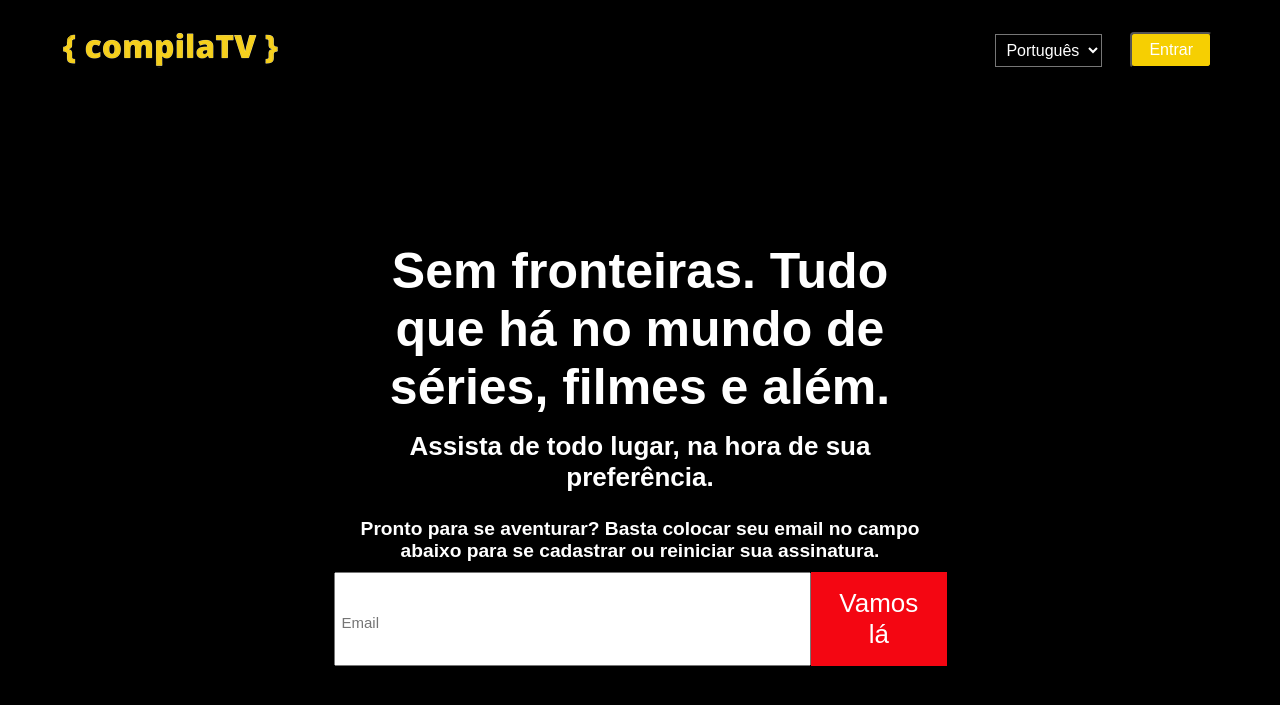
Repository: Wo1verine45/tcclets
Page: /
The author's editor kept a copy of each file at every save. The page is drawn from the files as they stood at one save, then again after the next save.
The browser window is 1280 px wide. The pictures show the whole page.
The project was rebuilt for these pictures with package versions that can differ from the ones it lists, and the page was loaded fresh each time. Also part of the build but not shown: src/pages/Main/homescreen.css, src/components/Input/index.js, src/pages/Login/Login.js.

Above is the page before, as saved 2021-10-22 18:23:31.

### public/index.html
<!DOCTYPE html>
<html lang="en">

<head>
  <meta charset="utf-8" />
  <link rel="icon" href="%PUBLIC_URL%/favicon.ico" />
  <meta name="viewport" content="width=device-width, initial-scale=1" />
  <meta name="theme-color" content="#000000" />
  <meta name="description" content="Web site created using create-react-app" />
  <link rel="stylesheet" href="https://cdnjs.cloudflare.com/ajax/libs/font-awesome/6.0.0-beta2/css/all.min.css">
  <title>compilaFLIX</title>
</head>

<body>
  <noscript>You need to enable JavaScript to run this app.</noscript>
  <div id="root"></div>
</body>

</html>

### src/App.js
import React, { useState } from 'react';
import './App.css'
import { TranslateContext } from './contexts';
import { translateHelper } from './helpers/translate';
import { BrowserRouter as Router } from 'react-router-dom'
import Routes from './routes/routes';

function App () {

  const [language, setLanguage] = useState('portuguese')

  function translate(textId) {
    return translateHelper(textId, language)
  }

  return (
    <div className="page">
      <Router>
        <TranslateContext.Provider value={{language, setLanguage, translate}}>
          <Routes />
        </TranslateContext.Provider>
      </Router>
    </div>
  )
}


/*
commit1: adicionei o Title component, que recebe children e diferentes tamanhos como props, para múltiplos usos ao longo do projeto, primeiro
componente da pasta homeScreen que já padronizei o seu css. Também adicionei o App.css para mudar o background-color do site. (Pedro)
-----
commit2: adicionei o Button component, que recebe children e dois diferentes tamanhos, segundo componente da pasta homeScreen que já padronizei o
seu css. (Pedro)
-----
commit3: adicionei o DropdownMenu component, que recebe id que vai ser usado como id e name, recebe o initialValue que é o valor padrão, recebe
options que é uma lista com objetos dentro, cada objeto tem label e value que são o children e o valor respectivamente, por último recebe o
setLanguage, a função pra mudar o estado. Para adicionar mais línguas é só adicionar mais objetos na lista options. Junto com esse component que
usei para o cliente selecionar a língua, tem a função translate que serve para traduzir cada parte do site, que tem que adicionar a tradução para
cada coisa nova colocada no site
*/

{/*
  const [movieList, setMovieList] = useState([]);

  useEffect (() => {
    const LoadList = async () => {
      //Pegando toda a lista
      let list = await InfoBase.getHomeList();
      setMovieList(list);
    }

    LoadList();
  }, [])
  */}

{//<section className="lists">
        //{/*O Map ira iterar sobre a lista, criando um loop e fazendo sempre que houver informações*/}
        //{movieList.map((item, key) => (

          /* O Componente Movie ira receber duas props, o title, e o items, que e a requisição com o await*/
          //<Movies key={key} title={item.title} items={item.items}/>
        //))}
      //</section>
      //<Header />
      //<footer>
        //Aqui vai as informações referente ao projeto
      //</footer>
    //</div>
  //);
}
{/*<DropdownMenu id='language' initialValue={language} options={[
        {
          label: 'Português',
          value: 'portuguese'
        },
        {
          label: 'English',
          value: 'english'
        }
      ]} setLanguage={setLanguage}/>
      <Title size={1}>{translate('welcome_message')}</Title>
    </div>
    )*/}
{/*
    <Input size={1} type='email' id='email' placeholder='Email'/>
    <Input size={2} type='text' id='name' placeholder='Name'/>
    <Input size={3} type='password' id='password' placeholder='Password'/>
    <Button onClick={null} size={1}>Vamos lá</Button>
    */}

export default App;

### src/App.css
@import url('https://fonts.googleapis.com/css2?family=Roboto:wght@400;700&display=swap');
* {
    box-sizing: border-box;
}

body {
    background: #000;
    color: #fff;
    font-family:'Roboto', sans-serif;
}

.HomeScreenHeader{
    display: flex;
    width: 100%;
}

.Head{
    display: flex;
    flex-direction: row-reverse;
    width: 100%;
    align-items: center;
    margin-right: 60px;
    margin-top: 20px;
    margin-bottom: 20px;
}

.Logo{
    margin-top: 20px;
    margin-bottom: 20px;
}

.HomeScreenMain{
    display: flex;
    flex-direction: column;
    align-items: center;
    text-align: center;
    margin-right: 350px;
    margin-left: 350px;
    margin-top: 150px;
}

.Login-box{
    margin-top: 40px;
    margin-left: 525px;
    margin-right: 546px;
    padding: 0px;
    background-color: #141414;
}

.show_button{
    /*cima, direita, baixo, esquerda*/
    margin: 0px 0px 25px 66px;
    cursor: pointer;
}

.first_time{
    margin-left: 66px;
    padding-bottom: 100px;
}

mark{
    background-color: #141414;
    color: blue;
}

### src/contexts/index.js
import { createContext } from "react";

export const TranslateContext = createContext()

### src/helpers/translate.js
export function translateHelper(textId, language) {
  if (language === 'english') {
    if (textId === 'welcome_message') {
      return 'Welcome'
    } else if (textId === 'sign_in') {
      return 'Sign In'
    } else if (textId === 'main_title') {
      return 'Borderless. Everything in the world of series, movies and beyond.'
    } else if (textId === 'subtitle') {
      return 'Watch it from anywhere, at the time of your choice.'
    } else if (textId === 'signin_label') {
      return 'Ready to venture out? Just enter your email in the field below to register or reset your subscription.'
    } else if (textId === 'signup-bottom') {
      return 'Get Started'
    } else if (textId === 'login-input') {
      return 'Email or phone number'
    } else if (textId === 'password') {
      return 'Password'
    } else if (textId === 'show') {
      return 'Show'
    } else if (textId === 'hide') {
      return 'Hide'
    } else if (textId === 'first_time') {
      return 'First time here?'
    } else if (textId === 'sigmudn_freud') {
      return 'Register now'
    }
  } else if (language === 'portuguese') {
    if (textId === 'welcome_message') {
      return 'Bem-Vindo'
    } else if (textId === 'sign_in') {
      return 'Entrar'
    } else if (textId === 'main_title') {
      return 'Sem fronteiras. Tudo que há no mundo de séries, filmes e além.'
    } else if (textId === 'subtitle') {
      return 'Assista de todo lugar, na hora de sua preferência.'
    } else if (textId === 'signin_label') {
      return 'Pronto para se aventurar? Basta colocar seu email no campo abaixo para se cadastrar ou reiniciar sua assinatura.'
    } else if (textId === 'signup-bottom') {
      return 'Vamos lá'
    } else if (textId === 'login-input') {
      return 'Email ou número de telefone'
    } else if (textId === 'password') {
      return 'Senha'
    } else if (textId === 'show') {
      return 'Mostrar'
    } else if (textId === 'hide') {
      return 'Ocultar'
    } else if (textId === 'first_time') {
      return 'Primeira vez aqui?'
    } else if (textId === 'sigmudn_freud') {
      return 'Cadastra-se agora'
    }
  }
}

### src/routes/routes.js
import { Route, Switch } from 'react-router-dom'
import HomeScreen from '../pages/Main/homeScreen'
import Login from '../pages/Login/Login'


function Routes () {
    return (
        <Switch>
            <Route path='/'>
            <HomeScreen />
            </Route>
            <Route path='/Login' exact>
                <Login />
            </Route>
        </Switch>
    )
}

export default Routes;

### src/pages/Main/homeScreen.js
import { useContext } from "react"
import { Button } from "../../components/Button"
import { DropdownMenu } from "../../components/DropdownMenu"
import { Title } from '../../components/Title'
import { TranslateContext } from "../../contexts"
import { Registration } from "../../components/Registration/Registration"
import logo from '../../assets/logo.png'
import { Link } from 'react-router-dom'
import './homescreen.css';


function HomeScreen() {

  const { language, setLanguage, translate } = useContext(TranslateContext)

    return (
      <div className='HomeScreen'>
        <header className='HomeScreenHeader'>
          <div className='Logo'>
            <img src={logo} alt='logo'/>
          </div>
          <div className='Head'>
            <Link to='/login'>
              <Button onClick={null} size={2}>{translate('sign_in')}</Button>
            </Link>
            <DropdownMenu id='language'
            initialValue={language}
            options={
              [
            {
              label: 'Português',
              value: 'portuguese'
            },
            {
              label: 'English',
              value: 'english'
            }
              ]
            }
            onSelect={setLanguage}/>
          </div>
        </header>
        <main className='HomeScreenMain'>
          <Title size={1}>{translate('main_title')}</Title>
          <Title size={2}>{translate('subtitle')}</Title>
          <Title size={3}>{translate('signin_label')}</Title>
          <Registration />
        </main>
      </div>
  )
}

export default HomeScreen;

### src/components/DropdownMenu/index.js
export { DropdownMenu } from './DropdownMenu'

### src/components/Title/index.js
export { Title } from './Title'

### src/components/Registration/Registration.js
import { Input } from "../Input/Input";
import { Button } from "../Button/Button";
import './Registration.css'
import { useContext } from "react";
import { TranslateContext } from "../../contexts";

export function Registration() {

    const { translate } = useContext(TranslateContext)

    function handleOnSubmit(evt) {
        evt.preventDefault()

        console.log('Formulário enviado com sucesso!')
        console.log('Email:', evt.target.value)
    }

    return (
        <form className='Registration-form' onSubmit={handleOnSubmit}>
            <Input size={1} type='email' id='email' placeholder='Email'/>
            <Button onClick={null} size={1} type='submit'>{translate('signup-bottom')}</Button>
        </form>
    )
}

### src/components/Button/Button.js
import './Button.css'

export function Button ({ children, onClick, size, type }) {
    if (size === 1) {
        return (
            <button className='Button-button-1' onClick={onClick} type={type}>{children}</button>
        )
    } else if (size === 2) {
        return (
            <button className='Button-button-2' onClick={onClick} type={type}>{children}</button>
        )
    } else {
        return (
            <button className='Button-button-3' onClick={onClick} type={type}>{children}</button>
        )
    }
}

### src/components/DropdownMenu/DropdownMenu.js
import './DropdownMenu.css'

export function DropdownMenu({ id, initialValue, options, onSelect }) {

    function handleOnSelect(evt) {
        onSelect(evt.target.value)
    }

    return(
        <form className='DropdownMenu-form'>
            <select className='DropdownMenu-dropdownmenu' id={id} name={id} value={initialValue} onChange={handleOnSelect}>
                {options.map(
                    (option) => <option value={option.value}>{option.label}</option>
                )}
            </select>
        </form>
    )
}

### src/components/Title/Title.js
import './Title.css'

export function Title ({ size, children }) {
 if (size === 1) {
   return (
     <h1 className='Title-title-1'>{children}</h1>
   )
 } else if (size === 2) {
    return (
      <h2 className='Title-title-2'>{children}</h2>
    )
  } else if (size === 3) {
      return (
        <h3 className='Title-title-3'>{children}</h3>
      )
    } else {
        return (
          <h4 className='Title-title-4'>{children}</h4>
        )
      }
}

### src/components/Input/Input.js
import { useState } from "react"
import './Input.css'

export function Input({ size, type, id, placeholder }) {

    const [value, setValue] = useState('')

    function handleOnChange(evt) {
        setValue(evt.target.value)
    }

   if (size === 1) {
       return (
           <input className='Input-input-1' type={type} id={id} name={id} placeholder={placeholder} value={value} onChange={handleOnChange}/>
       )
   } else if (size === 2) {
        return (
            <input className='Input-input-2' type={type} id={id} name={id} placeholder={placeholder} value={value} onChange={handleOnChange}/>
        )
   } else {
        return (
            <input className='Input-input-3' type={type} id={id} name={id} placeholder={placeholder} value={value} onChange={handleOnChange}/>
        )
   }
}

### src/components/Registration/Registration.css
.Registration-form{
    display: flex;
}

### src/components/Button/Button.css
.Button-button-1 {
    font-size: 1.625rem;
    padding: 16px 17px;
    background-color: #f40612;
    box-shadow: 0 1px 0 rgba(0,0,0,.45);
    color: white;
    transition-duration: 0.4s;
    border: none;
    cursor: pointer;
    font-family: Arial, Helvetica, sans-serif;
}

.Button-button-2 {
    font-size: 16px;
    padding: 7px 17px;
    border-radius: 4px;
    background-color: rgb(246, 207, 2);
    color: white;
    cursor: pointer;
    font-family: Arial, Helvetica, sans-serif;
}

.Button-button-1:hover {
    background-color: rgb(246, 207, 102);
}

.Button-button-3 {
    font-size: 16px;
    width: 310px;
    padding: 16px;
    margin-left: 66px;
    border-radius: 4px;
    background-color: rgb(246, 207, 2);
    color: white;
    cursor: pointer;
    font-family: Arial, Helvetica, sans-serif;
}

### src/components/DropdownMenu/DropdownMenu.css
.DropdownMenu-form{
    margin-right: 28px;
}

.DropdownMenu-dropdownmenu{
    background-color: black;
    color: white;
    font-size: 16px;
    padding: 6px;
}

### src/components/Title/Title.css
.Title-title-1{
    padding: 0;
    margin: 0;
    font-family: Arial, Helvetica, sans-serif;
    font-size: 50px;
    color: white;
    margin-bottom: 15px;
}

.Title-title-2{
    padding: 0;
    margin: 0;
    font-family: Arial, Helvetica, sans-serif;
    font-size: 26px;
    color: white;
    margin-bottom: 25px;
}

.Title-title-3{
    padding: 0;
    margin: 0;
    font-family: Arial, Helvetica, sans-serif;
    font-size: 19.2px;
    color: white;
    margin-bottom: 10px;
}

.Title-title-4{
    margin: 0;
    font-family: Arial, Helvetica, sans-serif;
    color: white;
    font-size: 32px;
    /*cima, direita, baixo, esquerda*/
    padding: 66px 66px 28px 66px;
}

### src/components/Input/Input.css
.Input-input-1{
    /*cima, direita, baixo, esquerda*/
    padding: 26px 10px 20px 6px;
    width: 500px;
    font-size: 15px;
}

.Input-input-2{
    /*cima, direita, baixo, esquerda*/
    padding: 12px 10px;
    margin-left: 66px;
    margin-bottom: 15px;
    width: 310px;
    font-size: 15px;
    border-radius: 4px;
    background-color: #141414;
}

Loaded but not shown: src/index.js (common file); src/components/Button/index.js (common file); src/pages/Main/homescreen.css (no copy from this time; the picture is the same without it)

After the next save:
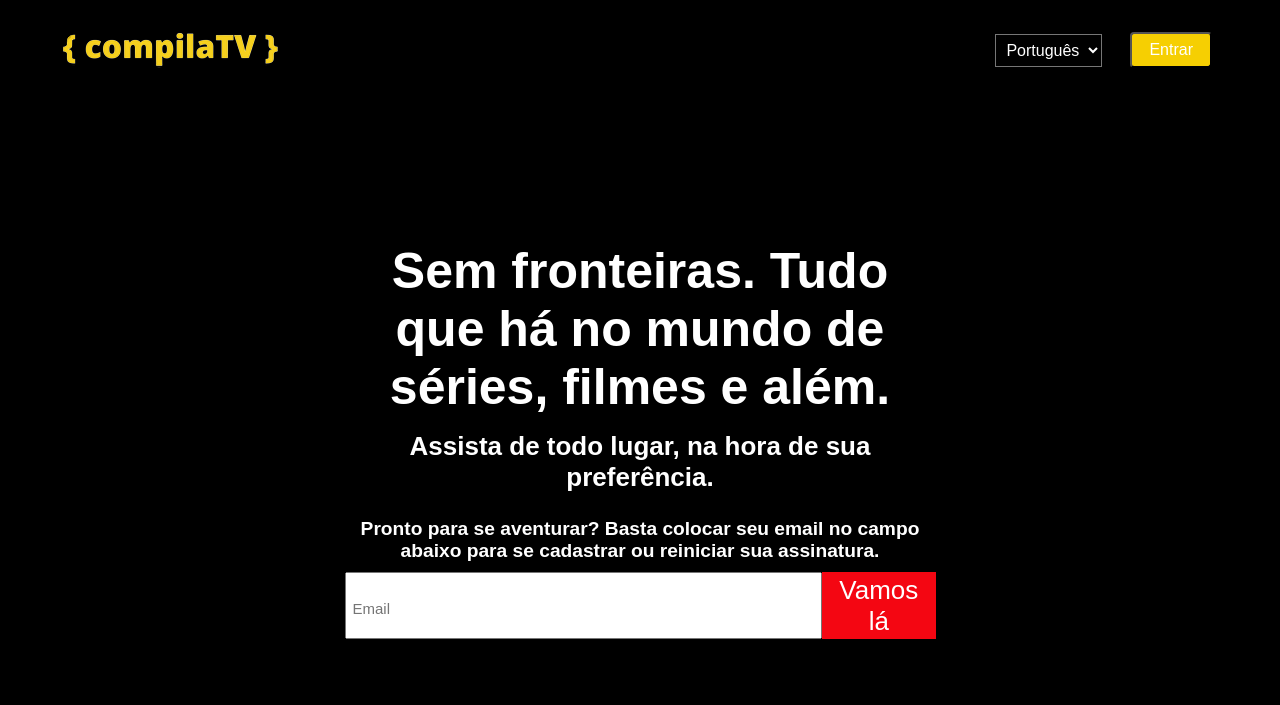
Saved 9 s later.
--- a/src/components/Button/Button.css
+++ b/src/components/Button/Button.css
@@ -1,6 +1,5 @@
 .Button-button-1 {
     font-size: 1.625rem;
-    padding: 16px 17px;
     background-color: #f40612;
     box-shadow: 0 1px 0 rgba(0,0,0,.45);
     color: white;
